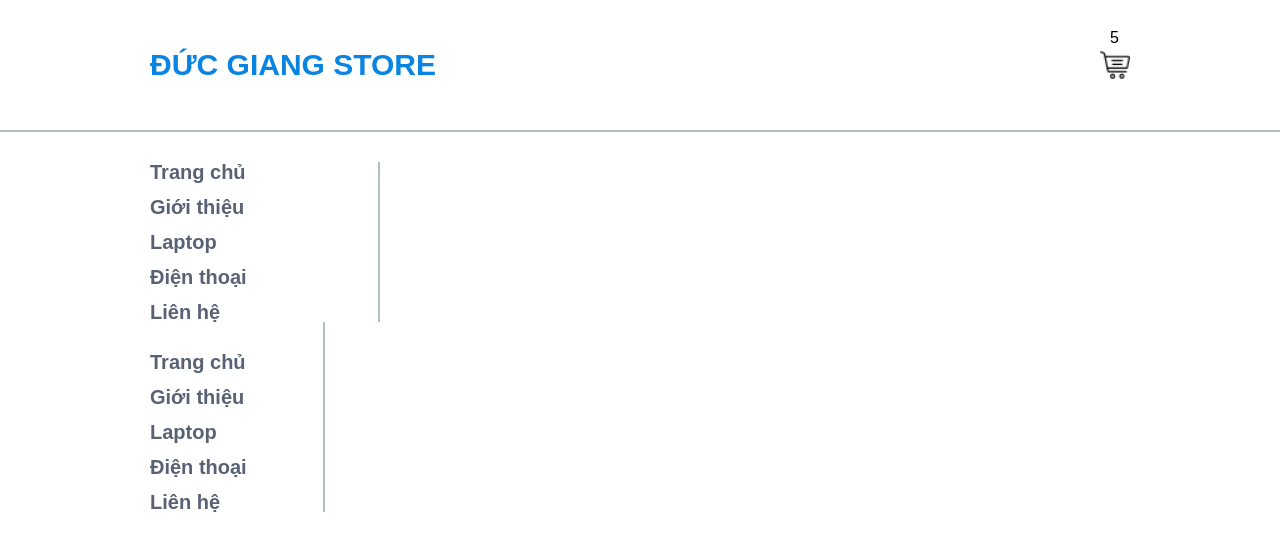
Repository: Giangattt123/PHP
Page: http://localhost/?page=home
These files come from the project's save history. The page is drawn as it stood at one moment and after the next save; the edit follows.
The browser window is 1280 px wide. The pictures show the whole page.
Some web libraries are served in a nearby version. The page is run by PHP 8.4 with error messages shown; the project is at /var/www/html/.

Above is the page before, as saved 2023-03-21 13:54:17.
Console error: TypeError: Cannot read properties of null (reading 'addEventListener')

### PHP_Shopping-Cart/Shopping_Cart/index.php
<?php
    require 'data/page.php';
    require 'data/product.php';
    require 'lib/template.php';
    require 'lib/product.php';
    require 'lib/number.php';
    require 'lib/reuse.php';
    require 'lib/pages.php';

    get_header();
?>
<?php
    $mod = !empty($_GET['mod']) ? $_GET['mod'] : 'home';
    $act = !empty($_GET['act']) ? $_GET['act'] : 'main';
    $path = "modules/{$mod}/{$act}.php";
    if(file_exists($path)){
        require $path;
    }else{

    }
?>
<?php

?>

### PHP_Shopping-Cart/Shopping_Cart/data/page.php
<?php
// Data page
$list_page = array(
    1 => array(
        'id' => 1,
        'page-title' => 'Giới thiệu',
        'create_at' => '08/03/2023' , // timestamp
        'page-content' =>"<p><strong> [Giới thiệu] </strong> Chào mừng đến với trang web bán laptop, PC của ĐỨC GIANG PC! Tại đây, chúng tôi cung cấp cho bạn một loạt các sản phẩm laptop PC chất lượng cao từ các thương hiệu hàng đầu trên thị trường. Chúng tôi cam kết mang đến cho bạn những sản phẩm chất lượng, giá cả hợp lý và dịch vụ chăm sóc khách hàng tốt nhất. Bạn có thể tìm thấy các sản phẩm từ các thương hiệu như Dell, HP, Asus, Lenovo và nhiều hơn nữa. Hãy truy cập trang web của chúng tôi và mua sắm ngay hôm nay để có được chiếc laptop PC tốt nhất cho nhu cầu của bạn. Cảm ơn đã ghé thăm trang web của chúng tôi!</p>"
    ),
    2 => array(
        'id' => 2,
        'page-title' => 'Liên hệ',
        'create_at' => '08/03/2023' , // timestamp
        'page-content' =>"<p><strong> [Liên hệ] </strong> Chúng tôi rất mong nhận được sự phản hồi từ bạn! Nếu bạn có bất kỳ câu hỏi, yêu cầu hoặc góp ý nào, xin vui lòng liên hệ với chúng tôi thông qua trang liên hệ của ĐỨC GIANG PC. Chúng tôi sẵn sàng trợ giúp bạn trong mọi vấn đề liên quan đến sản phẩm. Bạn có thể liên hệ với chúng tôi qua email, điện thoại hoặc mẫu liên hệ trực tuyến. Chúng tôi luôn sẵn sàng lắng nghe và giải quyết mọi thắc mắc của bạn, liên tục cải thiện trang web của mình và cung cấp cho bạn trải nghiệm tốt nhất có thể. Chân thành cảm ơn bạn đã quan tâm đến trang web của ĐỨC GIANG PC và hy vọng sớm nhận được thông tin từ bạn!</p>",
    )
)
?>

### PHP_Shopping-Cart/Shopping_Cart/data/product.php
<?php
#Danh mục
$list_product_cat = array(
    1 => array(
        'id' => 1,
        'cat_title' => "Điện thoại",
    ),
    2 => array(
        'id' => 2,
        'cat_title' => "Laptop",
    ),
);
#Dữ liệu sản phẩm
$list_product = array(
    1 => array(
        'id' => 1,
        'product_title' =>  'iPhone 13 256GB',
        'price' => 19990000,
        'code' => 'UNI#1',
        'product_desc' => 'Apple thỏa mãn sự chờ đón của iFan và người dùng với sự ra mắt của iPhone 13.',
        'product_thumb' => 'https://img.tgdd.vn/imgt/f_webp,fit_outside,quality_100/https://cdn.tgdd.vn/Products/Images/42/250258/iphone-13-starlight-1-600x600.jpg',
        'product_content' => "<p>Bộ vi xử lý Apple A15 mới gia tăng tốc độ CPU tới 50% và GPU đồ họa nhanh hơn 30% so với các đối thủ cạnh tranh trong cùng phân khúc, giúp iPhone 13 thể hiện sức mạnh khả năng xử lý ấn tượng hơn, mượt mà trên mọi tác vụ.</p><p><img src='https://cdn.tgdd.vn/Products/Images/42/250258/iphone-13-256gb-2.jpg'></p>",
        'cat_id' => 1,
    ),
    2 => array(
        'id' => 2,
        'product_title' =>  'iPhone 14 256GB',
        'price' => 22990000,
        'code' => 'UNI#2',
        'product_desc' => 'Mới đây thì tại sự kiện ra mắt sản phẩm mới thường niên đến từ nhà Apple thì chiếc điện thoại iPhone 14 256GB cũng đã chính thức lộ diện',
        'product_thumb' => 'https://img.tgdd.vn/imgt/f_webp,fit_outside,quality_100/https://cdn.tgdd.vn/Products/Images/42/289663/iPhone-14-plus-thumb-den-600x600.jpg',
        'product_content' => "<p>Được hoàn thiện với những vật liệu cao cấp khi mặt lưng làm từ kính cùng bộ khung nhôm chắc chắn, điều này làm cho chiếc máy của bạn trở nên sang trọng và đẳng cấp hơn.</p><p><img src='https://cdn.tgdd.vn/Products/Images/42/289663/iphone-14-256gb-080922-035413.jpg'></p>",
        'cat_id' => 1,
    ),
    3 => array(
        'id' => 3,
        'product_title' =>  'OPPO A57 128GB' ,
        'price' => 4590000,
        'code' => 'UNI#3',
        'product_desc' => 'OPPO đã bổ sung thêm vào dòng sản phẩm OPPO A giá rẻ một thiết bị mới có tên OPPO A57 128GB.',
        'product_thumb' => 'https://img.tgdd.vn/imgt/f_webp,fit_outside,quality_100/https://cdn.tgdd.vn/Products/Images/42/285082/oppo-a57-den-thumb-600x600.jpeg',
        'product_content' => "<p>Khác với mẫu A57 5G đã được ra mắt trước đó, điện thoại dòng A mới có màn hình HD+, camera chính 13 MP và pin 5000 mAh.</p><p><img src='https://cdn.tgdd.vn/Products/Images/42/282090/oppo-a57-4g-2_1280x720.jpg'></p>",
        'cat_id' => 1,
    ),
    4 => array(
        'id' => 4,
        'product_title' =>  'MacBook Pro 13',
        'price' => 30490000,
        'code' => 'UNI#4',
        'product_desc' => 'Đặc điểm nổi bật của MacBook Pro 13" 2020 Touch Bar M1 512GB',
        'product_thumb' => 'https://images.fpt.shop/unsafe/fit-in/214x214/filters:quality(90):fill(white)/fptshop.com.vn/Uploads/Originals/2022/6/7/637901935364438149_macbook-pro-m2-2022-xam-dd.jpg',
        'product_content' => "<p> MacBook Pro M1 13 inch 2020 Touch Bar mới với bộ vi xử lý Apple M1 cho bạn hiệu suất và thời lượng pin tuyệt vời nhất từ trước đến nay, mang đến hiệu năng chuyên nghiệp để hoàn thành những công việc chuyên nghiệp.</p><p><img src='https://images.fpt.shop/unsafe/filters:quality(90)/fptshop.com.vn/Uploads/images/2015/Tin-Tuc/QuanLNH2/macbook-pro-13-m1-1.jpg'></p>",
        'cat_id' => 2,
    ),
    5 => array(
        'id' => 5,
        'product_title' =>  'MacBook Pro 14',
        'price' => 52490000,
        'code' => 'UNI#5',
        'product_desc' => 'Đặc điểm nổi bật của MacBook Pro 14 2023 M2 Pro 10CPU 16GPU 16GB/512GB',
        'product_thumb' => 'https://images.fpt.shop/unsafe/fit-in/240x215/filters:quality(90):fill(white)/fptshop.com.vn/Uploads/Originals/2023/1/18/638096308244034700_macbook-pro-14-2023-m2-pro-10cpu-16gpu-bac-dd.jpg',
        'product_content' => "<p>Phiên bản chuyên nghiệp dành cho những người chuyên nghiệp, MacBook Pro 2023 14 inch với chip M2 Pro đem lại nguồn sức mạnh ấn tượng và vượt xa thế hệ cũ.</p><p><img src='https://fptshop.com.vn/Uploads/images/2015/Tin-Tuc/DuyLe/Android/Gionee/Macbook-pro-14-2023-m2-pro-3.jpg'></p>",
        'cat_id' => 2,
    ),
    6 => array(
        'id' => 6,
        'product_title' =>  'MacBook Pro 15',
        'price' => 65490000,
        'code' => 'UNI#6',
        'product_desc' => 'Đặc điểm nổi bật của MacBook Pro 16" 2021 M1 Pro Ram 32GB',
        'product_thumb' => 'https://images.fpt.shop/unsafe/fit-in/240x215/filters:quality(90):fill(white)/fptshop.com.vn/Uploads/Originals/2021/10/20/637703174146015116_macbook-pro-16-2021-xam-dd.jpg',
        'product_content' => "<p>MacBook Pro 16 inch 2021 chính là dòng máy tính xách tay mạnh nhất thế giới hiện nay với sức mạnh tối thượng từ bộ vi xử lý M1 Pro.</p><p><img src='https://fptshop.com.vn/Uploads/images/2015/Tin-Tuc/QuanLNH2/macbook-pro-16-real-life-2.jpg'></p>",
        'cat_id' => 2,
    ),
);

### PHP_Shopping-Cart/Shopping_Cart/lib/template.php
<?php
function get_header($version = ''){
    if(!empty($version)){
        $path_header = "inc/header-{$version}.php";
    }else{
        $path_header = "inc/header.php";
    }
    if(file_exists($path_header)){
        require $path_header;
    }else{
        echo "Không tồn tại đường dẫn {$path_header}";
    }
}
function get_footer($version = ''){
    if(!empty($version)){
        $path_footer = "inc/footer-{$version}.php";
    }else{
        $path_footer = "inc/footer.php";
    }
    if(file_exists($path_footer)){
        require $path_footer;
    }else{
        echo "Không tồn tại đường dẫn {$path_footer}";
    }

}
function get_sidebar(){
    require 'inc/sidebar.php';
}
?>

### PHP_Shopping-Cart/Shopping_Cart/lib/product.php
<?php
    function get_info_cat($cat_id){
        global $list_product_cat;
        if(array_key_exists($cat_id , $list_product_cat)){
            return $list_product_cat[$cat_id];
        }
        return false;
    }
    function get_list_product_by_cat_id($cat_id){
        global $list_product;
        // Mảng chứa ds sp theo cat_id
        $result = array();
        foreach($list_product as $item){
            if($item['cat_id'] == $cat_id){
                $item['url'] = "?mod=product&act=detail&id={$item['id']}";
                $result[] = $item;
            }
        }
        return $result;
    }
    function get_product_by_id($id){
        global $list_product;
        if(array_key_exists($id , $list_product)){
            $list_product[$id]['url_add_cart'] = "?mod=cart&act=add&id={$id}";
            return $list_product[$id];
        }
        return false;
    }
?>

### PHP_Shopping-Cart/Shopping_Cart/lib/number.php
<?php
// Viết hàm chuyển đổi giá tiền của một sản phẩm về đúng định dạng
// Tự xây dựng hàm và sử dụng hàm có sẵn
// Ví dụ 10450000 => 10.450.000
// Build-in function : number_format(number)
// return number_format($number).' '."VND";
// Build
    function currency_format($amount){
        $formattedAmount = "";
        $count = 0;
        while($amount > 0) {
            if($count == 3) {
                $formattedAmount = "," . $formattedAmount;
                $count = 0;
            }
            $formattedAmount = chr($amount % 10 + ord('0')) . $formattedAmount;
            $amount =  floor($amount / 10);
            $count++;
        }
        return $formattedAmount;
        // Giang_Pentest
    }
    //echo currency_format_1();
    // $x = 1500000;
    // echo var_dump($x);
    // $x = 1234;
    // echo var_dump($x);
    // $y = $x / 10;
    // echo $y;
    // echo var_dump($y);
    // function currency_format($number){
    //     return number_format($number).' '."VND";
    // }

?>

### PHP_Shopping-Cart/Shopping_Cart/lib/reuse.php
<?php
     function show_array($data){
        if(is_array($data)){
            echo "<pre>";
            print_r($data);
            echo "</pre>";
        }
    }
?>

### PHP_Shopping-Cart/Shopping_Cart/lib/pages.php
<?php
    function get_page_by_id($id){
        global $list_page;
        if(array_key_exists($id , $list_page)){
            return $list_page[$id];
        }
        return false;
    }

    // function show_array($data){
    //     if(is_array($data)){
    //         echo "<pre>";
    //         print_r($data);
    //         echo "</pre>";
    //     }
    //}
?>

### PHP_Shopping-Cart/Shopping_Cart/inc/header.php
<!DOCTYPE html>
<html lang="en">

<head>
    <meta charset="UTF-8">
    <meta http-equiv="X-UA-Compatible" content="IE=edge">
    <meta name="viewport" content="width=device-width, initial-scale=1.0">
    <title>ĐỨC GIANG STORE</title>
    <link rel="stylesheet" href="public/css/reset.css">
    <link rel="stylesheet" href="public/css/style.css">
    <link rel="stylesheet" href="https://cdnjs.cloudflare.com/ajax/libs/font-awesome/6.3.0/css/all.min.css"
        integrity="sha512-SzlrxWUlpfuzQ+pcUCosxcglQRNAq/DZjVsC0lE40xsADsfeQoEypE+enwcOiGjk/bSuGGKHEyjSoQ1zVisanQ=="
        crossorigin="anonymous" referrerpolicy="no-referrer" />
    <script src="public/js/main.js"></script>
</head>

<body>
    <div class="wrapper">
        <div class="wrapper-content">
            <div class="header">
                <div class="header-content">
                    <div class="item-left">
                        <a href="" class="logo">ĐỨC GIANG STORE</a>
                    </div>
                    <div class="item-right">
                        <div class="cart">
                            <a href="" class="cart-icon">
                                <img src="public/images/icon-cart.png" alt="Icon_Cart" class="icon-image">
                            </a>
                            <span class="cart-number">5</span>
                        </div>
                    </div>
                </div>
            </div>
            <!-- end header -->

### PHP_Shopping-Cart/Shopping_Cart/modules/home/main.php
<?php
 get_sidebar();
?>
<div class="content">
    <div class="content-container">
        <div class="menu-select">
            <ul class="menu">
                <li class="menu-item">
                    <a href="" class="cards" onclick="toggleActive(this)">Trang chủ</a>
                </li>
                <li class="menu-item">
                    <a href="?mod=page&act=detail&id=1" class="cards" onclick="toggleActive(this)">Giới thiệu</a>
                </li>
                <li class="menu-item">
                    <a href="" class="cards" onclick="toggleActive(this)">Laptop</a>
                </li>
                <li class="menu-item">
                    <a href="" class="cards" onclick="toggleActive(this)">Điện thoại</a>
                </li>
                <li class="menu-item">
                    <a href="?mod=page&act=detail&id=2" class="cards" onclick="toggleActive(this)">Liên hệ</a>
                </li>
            </ul>
        </div>

        <div class="menu-content">

        </div>
    </div>
</div>
<!-- end content -->

### PHP_Shopping-Cart/Shopping_Cart/inc/sidebar.php
<div class="menu-select">
    <ul class="menu">
        <li class="menu-item">
            <a href="?mod=home&act=main" class="cards" onclick="toggleActive(this)">Trang chủ</a>
        </li>
        <li class="menu-item">
            <a href="?mod=page&act=detail&id=1" class="cards" onclick="toggleActive(this)">Giới thiệu</a>
        </li>
        <li class="menu-item">
            <a href="?mod=product&act=main&cat_id=2" class="cards" onclick="toggleActive(this)">Laptop</a>
        </li>
        <li class="menu-item">
            <a href="?mod=product&act=main&cat_id=1" class="cards" onclick="toggleActive(this)">Điện thoại</a>
        </li>
        <li class="menu-item">
            <a href="?mod=page&act=detail&id=2" class="cards" onclick="toggleActive(this)">Liên hệ</a>
        </li>
    </ul>
</div>

### PHP_Shopping-Cart/Shopping_Cart/public/css/style.css
* {
  box-sizing: border-box;
}
html {
  font-size: 62.5%;
}
body {
  font-family: "Poppins", sans-serif;
  font-size: 1.6rem;
  font-weight: normal;
}
img {
  display: block;
  max-width: 100%;
}
.header-content {
  display: flex;
  justify-content: space-between;
  margin-left: 150px;
  margin-right: 150px;
  padding: 50px 0px;
  /* border-bottom: 1px solid #f00; */
}
.item-left .logo {
  font-size: 3rem;
  color: #0984e3;
  font-weight: bold;
}
.cart {
  position: relative;
  display: flex;
  align-items: center;
}
.cart .cart-icon .icon-image {
  width: 30px;
  height: 30px;
}
.cart .cart-number {
  position: absolute;
  top: -20px;
  left: 10px;
}
.header {
  border-bottom: 2px solid #b2bec3;
}
.content-container {
  display: flex;
}
.menu-select {
  width: 18%;
  margin-left: 150px;
  font-size: 2rem;
  /* margin-top: 30px; */
  border-right: 2px solid #b2bec3;
  min-height: 100%;
}
.menu-content {
  width: 80%;
  margin-top: 30px;
  margin-left: 30px;
  margin-right: 150px;
}
.menu-select ul.menu li:not(:first-child) {
  margin-top: 15px;
  color: #0984e3;
}
.menu {
  margin-top: 30px;
}
a {
  color: #596275;
  font-weight: bold;
}
a.active:active,
a.active:focus {
  color: plum;
}
h3.section-title {
  font-size: 2rem;
  font-weight: bold;
  margin-bottom: 20px;
}
p.create-date {
  margin-bottom: 20px;
}
.contents-news {
  line-height: 1.4;
}
p,
p.section-desc,
p.price,
p.code,
p.desc_product {
  margin-bottom: 20px;
  line-height: 1.4;
}
ul.clearfix {
  display: flex;
}
li.fix {
  margin-right: 20px;
}
a.title_product {
  margin-top: 20px;
  display: block;
}
p.price {
  margin-top: 20px;
  color: #d63031;
}
.detail_product_head {
  display: flex;
}
p.code,
p.desc_product {
  font-weight: bold;
  font-size: 1.5rem;
}
.button {
  --color: #6a5af9;
  font-family: "Poppins", sans-serif;
  color: #000;
  padding: 15px 30px;
  border-radius: 4px;
  /* background-color: transparent; */
  cursor: pointer;
  font-weight: 500;
  outline: none;
  border: 1px solid var(--color);
  font-size: 16px;
  position: relative;
  isolation: isolate;
}

.button:before {
  content: "";
  height: 100%;
  width: 0;
  position: absolute;
  top: 0;
  left: 0;
  background-color: var(--color);
  z-index: -1;
  transition: width 0.25s ease-in;
}

.button:hover:before {
  width: 100%;
}

### PHP_Shopping-Cart/Shopping_Cart/public/js/main.js
function toggleActive(selected) {
  let cards = document.querySelectorAll(".cards");
  for (let i = 0; i < cards.length; i++) {
    cards[i].classList.remove("active");
  }
  selected.classList.add("active");
}
const toggle = document.querySelector(".menu-toggle");
const menu = document.querySelector(".menu");
toggle.addEventListener("click", handelToggleMenu);
function handelToggleMenu(event) {
  event.target.classList.toggle("fa-times");
  event.target.classList.toggle("fa-bars");
  menu.classList.toggle("menu-is_show");
}
document.addEventListener("click", handleClickOutMenu);
function handleClickOutMenu(event) {
  if (!menu.contains(event.target) && !event.target.matches(".menu-toggle")) {
    menu.classList.remove("menu-is_show");
    toggle.classList.remove("fa-times");
    toggle.classList.add("fa-bars");
  }
}
const tabItems = document.querySelectorAll(".tab-item");
[...tabItems].forEach((item) => item.addEventListener("click", handleTabClick));
function handleTabClick(event) {
  console.log(event.target);
  [...tabItems].forEach((item) => item.classList.remove("active"));
  event.target.classList.add("active");
  const tabNumBer = event.target.dataset.tab;
}

Loaded but not shown: PHP_Shopping-Cart/Shopping_Cart/public/css/reset.css (common file)

After the next save:
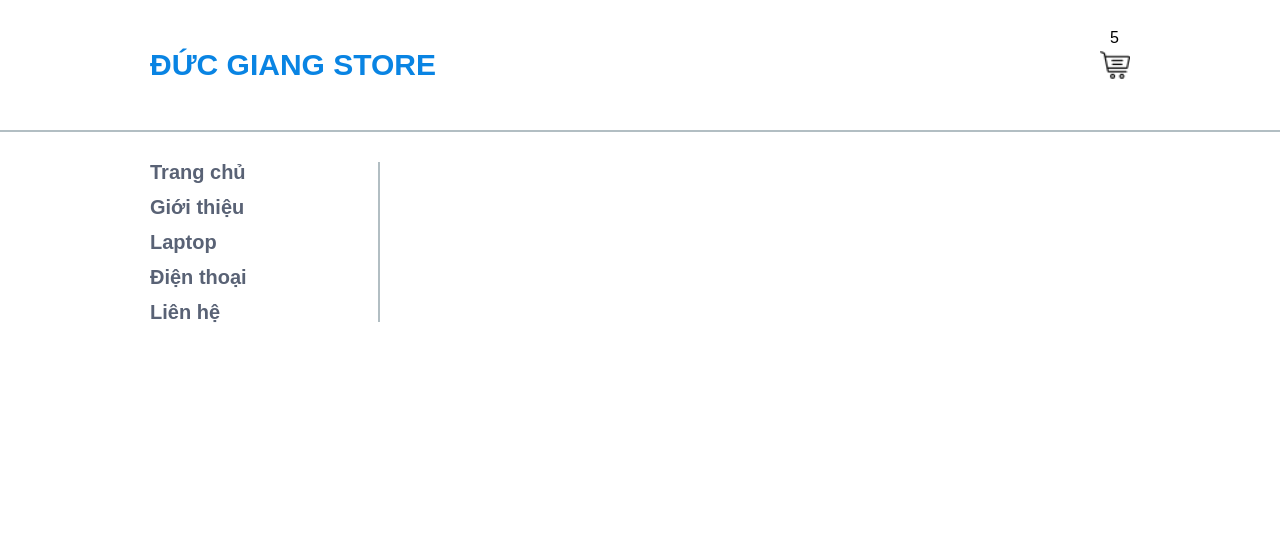
Saved 88 s later.
--- a/PHP_Shopping-Cart/Shopping_Cart/modules/home/main.php
+++ b/PHP_Shopping-Cart/Shopping_Cart/modules/home/main.php
@@ -1,7 +1,7 @@
 <?php
  get_sidebar();
 ?>
-<div class="content">
+<!-- <div class="content">
     <div class="content-container">
         <div class="menu-select">
             <ul class="menu">
@@ -28,4 +28,4 @@
         </div>
     </div>
 </div>
-<!-- end content -->
+end content -->
